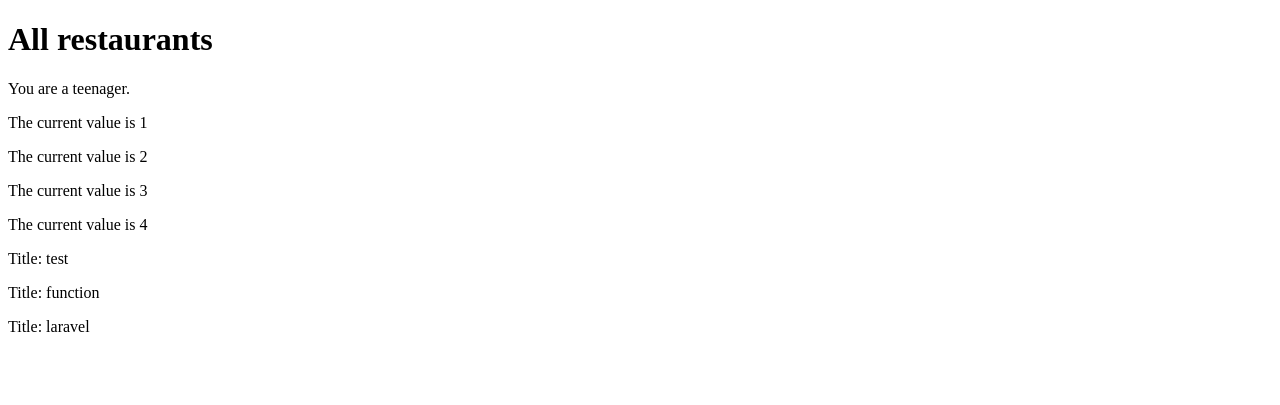
Repository: Dj3y/laravel
Page: http://localhost/restaurants
An editor plug-in stored every save of this project. The page is shown before and after the next save, followed by the edit.
The browser window is 1280 px wide. The pictures show the whole page.
The page is served by the project's Laravel application, run on PHP 8.4 with Laravel 12. Other server files are loaded and not shown. Queries for data that is not in the repository find no rows.

Above is the page before, as saved 2024-09-23 16:10:46.

### routes/web.php
<?php

use Illuminate\Support\Facades\Route;
use App\Http\Controllers\RestaurantController;

Route::get('/', function () {
    return view('welcome');
});

// Display all the restaurants
Route::get('/restaurants',[RestaurantController::class, 'index']);

// Show the details of a specific restaurant by id
// Route::get('/restaurant/show/{post:id}',  [RestaurantController::class, 'show/$id']);

// Show the form in order to create an restaurant
Route::get('/restaurant/create',[RestaurantController::class, 'create' ]);

// Post/public the restaurant
Route::post('/restaurant/create',function(){

});

// Show the form of an restaurant
Route::get('/restaurant/edit/{post:id}',[RestaurantController::class, 'edit/$id']);

// Update this specific restaurant
Route::put('/restaurant/edit/{post:id}',function($id){

});
// Delete a specific restaurant
Route::delete('/restaurant/{post:id}',function($id){
});

### app/Http/Controllers/RestaurantController.php
<?php

namespace App\Http\Controllers;

use Illuminate\Http\Request;

class RestaurantController extends Controller
{
    /**
     * Display a listing of the resource.
     */
    public function index()
    {
        $restaurants = \App\Models\Restaurant::all();
        return view('restaurants/index', ['restaurants' => $restaurants]);
    }

    /**
     * Show the form for creating a new resource.
     */
    public function create()
    {
        return view('restaurants/create');
    }

    /**
     * Store a newly created resource in storage.
     */
    public function store(Request $request)
    {
        //
    }

    /**
     * Display the specified resource.
     */
    public function show(string $id)
    {
        $restaurant = \App\Models\Restaurant::findOrFail($id);
        return view('restaurants/show', ['restaurant' => $restaurant]);
    }

    /**
     * Show the form for editing the specified resource.
     */
    public function edit(string $id)
    {
        $restaurant = \App\Models\Restaurant::findOrFail($id);
        return view('restaurants/edit', ['restaurant' => $restaurant]);
    }

    /**
     * Update the specified resource in storage.
     */
    public function update(Request $request, string $id)
    {
        //
    }

    /**
     * Remove the specified resource from storage.
     */
    public function destroy(string $id)
    {
        //
    }
}

### app/Models/Restaurant.php
<?php

namespace App\Models;

use Illuminate\Database\Eloquent\Factories\HasFactory;
use Illuminate\Database\Eloquent\Model;

class Restaurant extends Model
{
    // use HasFactory;²
    protected $table = 'restaurants';
}

### resources/views/restaurants/index.blade.php
<!DOCTYPE html>
<html lang="en">
<head>
    <meta charset="UTF-8">
    <meta name="viewport" content="width=device-width, initial-scale=1.0">
    <title>Restaurants</title>
</head>
<body>
    <h1>All restaurants</h1>
    <!-- create, initialization, of variables -->
    @php
        $age = 15;
        $a = 5;
        $posts = ['test', 'function', 'laravel']
    @endphp

    @if($age >= 18)
        <p>You are an adult.</p>
    @else
        <p>You are a teenager.</p>
    @endif

    @for($i = 1; $i < $a; $i++)
        <p>The current value is {{ $i }}</p>
    @endfor

    @foreach($posts as $post)
        <p>Title: {{ $post }}</p>
    @endforeach
</body>
</html>

Loaded but not shown: app/Http/Controllers/Controller.php (common file)

After the next save:
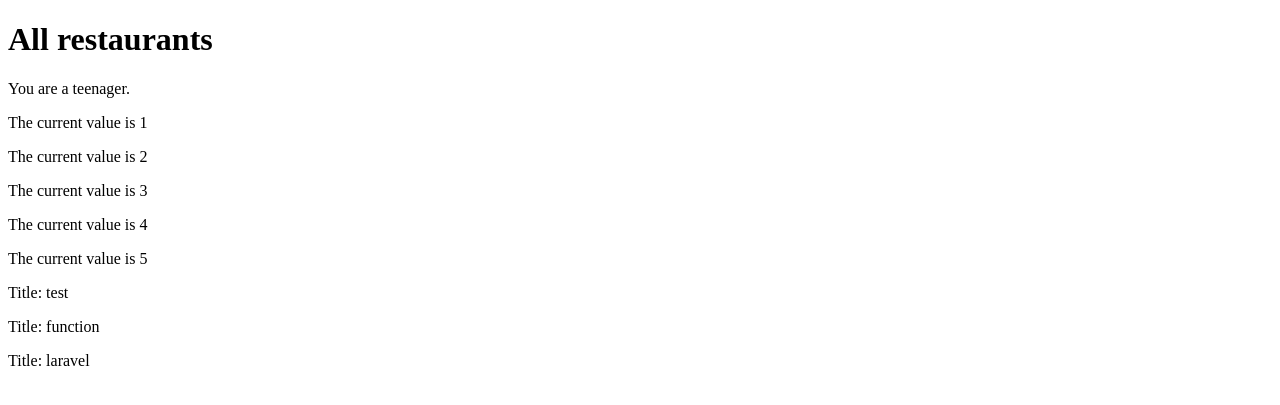
Saved 14 s later.
--- a/resources/views/restaurants/index.blade.php
+++ b/resources/views/restaurants/index.blade.php
@@ -20,7 +20,7 @@
         <p>You are a teenager.</p>
     @endif
 
-    @for($i = 1; $i < $a; $i++)
+    @for($i = 1; $i <= $a; $i++)
         <p>The current value is {{ $i }}</p>
     @endfor
 
